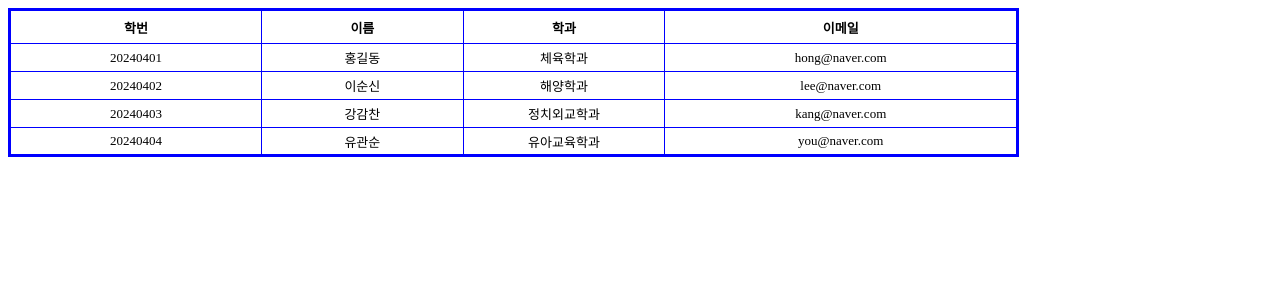
Repository: bbseok97/HTML
Page: HTML/src/main/webapp/table_css.html
The author's editor kept a copy of each file at every save. The page is drawn from the files as they stood at one save, then again after the next save.
The browser window is 1280 px wide. The pictures show the whole page.

Above is the page before, as saved 2024-04-04 06:16:01.

After the next save:
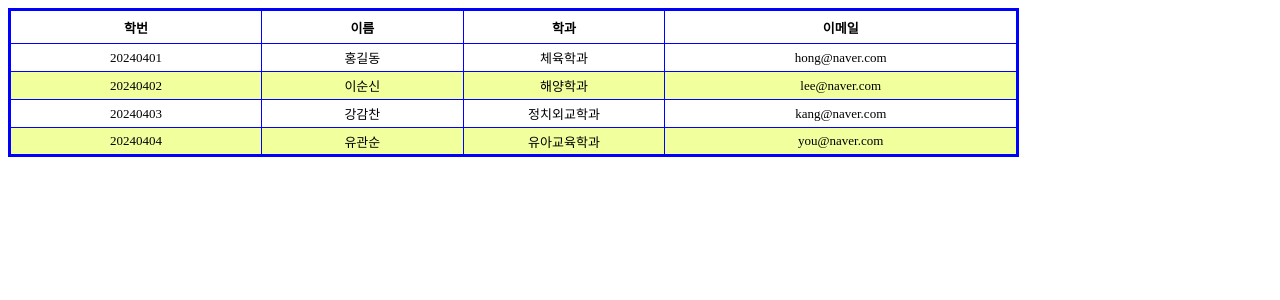
Saved 78 s later.
--- a/HTML/src/main/webapp/table_css.html
+++ b/HTML/src/main/webapp/table_css.html
@@ -34,6 +34,11 @@
 			#name{ width: 20%; }
 			#major{ width: 20%; }
 			#email{ width: 35%; }
+
+			/* CSS 선택자 중에 class 속성은 "."으로 표시 */
+			.odd{
+				background-color: #f2ff9d;
+			}
 		</style>
 
 	</head>
